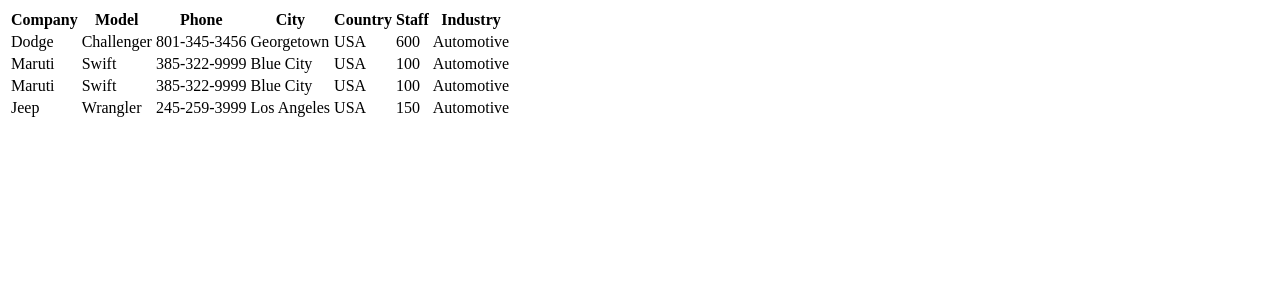
Repository: vgoins-RA2022/HTML-2
Page: index.html
The author's editor kept a copy of each file at every save. The page is drawn from the files as they stood at one save, then again after a run of saves.
The browser window is 1280 px wide. The pictures show the whole page.

Above is the page before, as saved 2023-01-10 18:50:03.

### index.html
<!DOCTYPE html>
<html lang="en">

<head>
  <meta charset="UTF-8">
  <meta name="viewport" content="width=device-width, initial-scale=1">
  <link rel="stylesheet" href="..\\HTML-2\\src\\css\\Style.css" type="text/css">
  <title>HTML Table Assignment 2</title>
</head>

 <header>
    </header>

<body>
  <table>
    <thead>
      <tr>
        <th>Company</th>
        <th>Model</th>
        <th>Phone</th>
        <th>City</th>
        <th>Country</th>
        <th>Staff</th>
        <th>Industry</th>
      </tr>
    </thead>
    <tbody>
      <tr>
        <td>Dodge</td>
        <td>Challenger</td>
        <td>801-345-3456</td>
        <td>Georgetown</td>
        <td>USA</td>
        <td>600</td>
        <td>Automotive</td>
      </tr>
      <tr>
        <td>Maruti</td>
        <td>Swift</td>
        <td>385-322-9999</td>
        <td>Blue City</td>
        <td>USA</td>
        <td>100</td>
        <td>Automotive</td>
      </tr>
      <tr>
        <td>Maruti</td>
        <td>Swift</td>
        <td>385-322-9999</td>
        <td>Blue City</td>
        <td>USA</td>
        <td>100</td>
        <td>Automotive</td>
      </tr><tr>
        <td>Jeep</td>
        <td>Wrangler</td>
        <td>245-259-3999</td>
        <td>Los Angeles</td>
        <td>USA</td>
        <td>150</td>
        <td>Automotive</td>
      </tr>
    </tbody>
  </table>

</body>



</html>

Loaded but not shown: src/css/Style.css (no stored copy; drawn as an empty file)

After the next 2 saves:
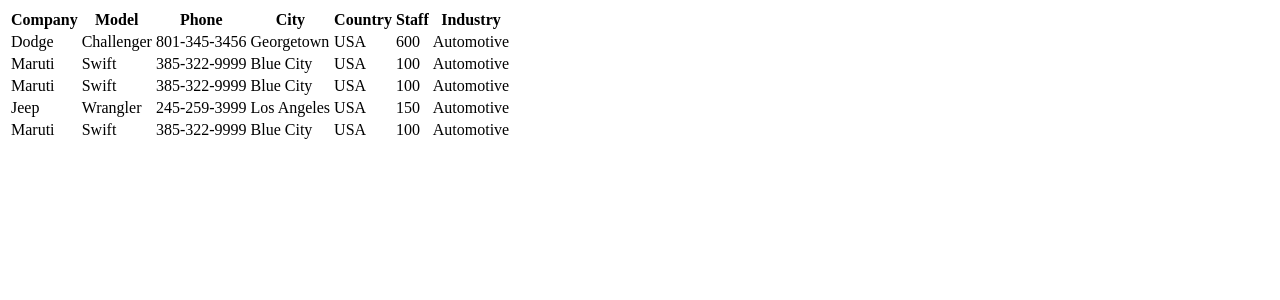
The 2 saves are shown as one change because they came seconds apart.
The last was saved 14 s later.
--- a/index.html
+++ b/index.html
@@ -60,6 +60,15 @@
         <td>150</td>
         <td>Automotive</td>
       </tr>
+      <tr>
+        <td>Maruti</td>
+        <td>Swift</td>
+        <td>385-322-9999</td>
+        <td>Blue City</td>
+        <td>USA</td>
+        <td>100</td>
+        <td>Automotive</td>
+      </tr>
     </tbody>
   </table>
 
